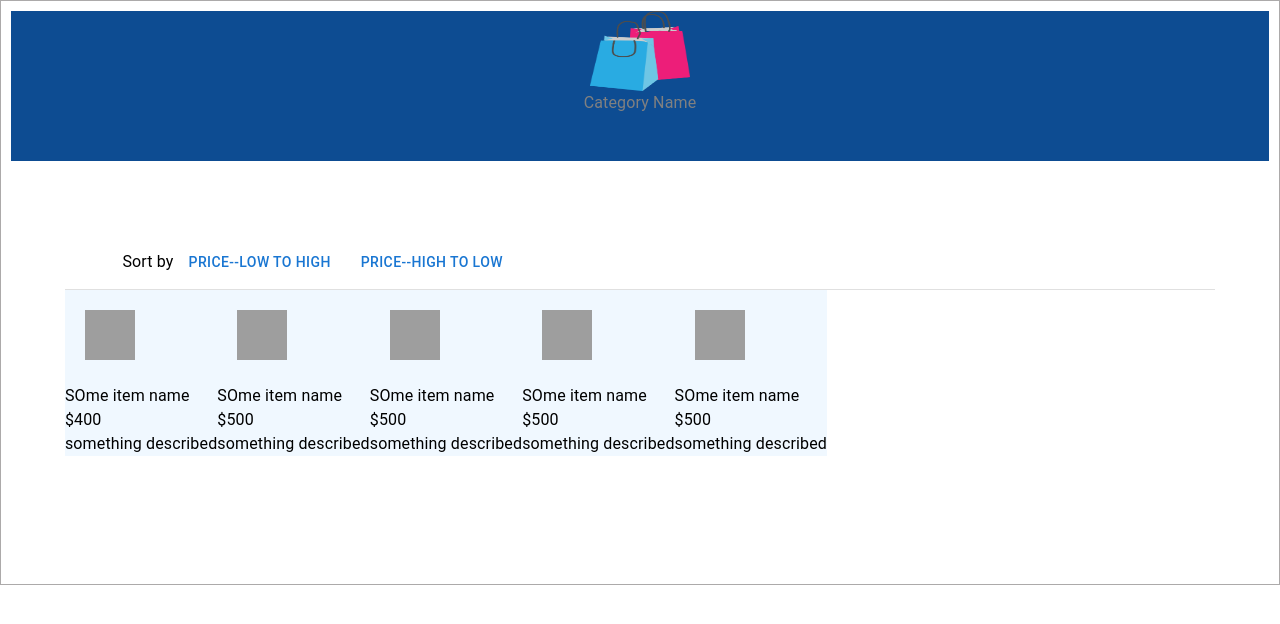
Repository: robin-fareye/reactjs-frontend-flipzone
Page: /
The author's editor kept a copy of each file at every save. The page is drawn from the files as they stood at one save, then again after the next save.
The browser window is 1280 px wide. The pictures show the whole page.
Pictures or frames that could not be fetched are drawn as grey boxes. The project was rebuilt for these pictures with package versions that can differ from the ones it lists, and the page was loaded fresh each time. Also part of the build but not shown: src/App.css, src/component/auth/Login.css, src/api/Login.js, src/component/auth/Login.js, src/component/category/Category.js, src/component/header/Header.css, src/component/header/Header.js, src/component/helper/Slide.css and 7 more.

Above is the page before, as saved 2022-11-14 20:02:50.

### src/App.js
import React from 'react';
import './App.css';
import Login from './component/auth/Login';
import Category from './component/category/Category';
import Header from './component/header/Header';
import Home from './component/home/Home';
import Cart from './component/Cart/Cart';
import ProductCatalouge from './component/ProductCatalogue/ProductCatalouge';
import ProductDetails from './component/ProductDetails/ProductDetails';
import CheckoutPage from './component/Checkout/CheckoutPage';
import RetailerAddProduct from './component/retailer/RetailerAddProduct';
function App() {
  return (
    <div>

      <ProductCatalouge/>

    </div>
  );
}

export default App;

### src/component/ProductCatalogue/ProductCatalouge.js
import { Box, Typography, Grid, Button, Divider } from '@mui/material'
import React, { useState, useEffect } from 'react'
import './ProductCatalouge.css'

const ProductCatalouge = () => {

    const [sort, setSort] = useState("asc");

    const getCardItem=(item)=>{
        return (
        <Box className='card-container'>
            <img
            //style={{height:"60px"}}
            className='item-image'
            src='https://rukminim1.flixcart.com/image/416/416/kcgk1ow0/headphone/n/u/a/235v2-fast-charging-boat-original-imaftk6us4af7bca.jpeg?q=70'
            alt='item'
            />
            <Typography>{item.name}</Typography>
            <Typography>{item.price}</Typography>
            <Typography>{item.description}</Typography>
        </Box>
        )
    }
    const catagories=["cat1","cat2","cat3","cat4"]
    const items=[
        {
            name:"SOme item name",
            price:"$400",
            description:"something described"
        },
        {
            name:"SOme item name",
            price:"$500",
            description:"something described"
        },
        {
            name:"SOme item name",
            price:"$500",
            description:"something described"
        },
        {
            name:"SOme item name",
            price:"$500",
            description:"something described"
        },
        {
            name:"SOme item name",
            price:"$500",
            description:"something described"
        },
    ]

    return (
        <Box className='catagory-container'>
            <Box className='container-header'>
                <img
                    src={require('../../assets/logo.png')}
                    alt="category"
                    className="cat-image"
                    />
                <Typography className="cat-name">Category Name</Typography>
            </Box>
            <Box className='container-body'>
                <Grid item xs={4} sm={4} md={8} lg={12} xl={15}>
                    <Box className='sort'>
                        <Typography>Sort by</Typography>
                        {/* <Button onClick={() => setSort("popular")}>Popularity</Button> */}
                        <Button onClick={() => setSort("asc")}>Price--low to high</Button>
                        <Button onClick={() => setSort("desc")}>Price--high to low</Button>
                    </Box>
                    <Divider />
                    <Box className="inner-body">
                        {
                            items.sort((a, b) => sort === "asc" ? a.price - b.price : b.price - a.price)
                            .map((items) => {
                                return (
                                    getCardItem(items)
                                )
                            })
                        }
                    </Box>
                </Grid>
            </Box>
        </Box>
    )
}

export default ProductCatalouge

 {/* {
            items?.map((item)=>{
                return getCardItem(item)
            })
        } */}

### src/component/category/Category.css
.cat-component {
    /* background-color: #CFF5E7; */
    justify-content: 'space-between';
    margin: '55px 130px 0 130px';
    overflow-x: 'overlay';
    display: flex;
    flex-direction: row;
    padding:0, 50px;
    /* [theme.breakpoints.down('md')]: {
        margin: 0;
    } */
}

.cat-container {
    flex: 1;
    padding: '12px 8px';
    text-align: 'center';
    align-items: center;
    display: flex;
    flex-direction: column;
}

.cat-image {
    width: 100px;
    height: 100px;
}

.cat-text {
    font-size: 14;
    font-weight: 600;
    font-family: 'inherit';
    text-align: center;
}

### src/component/Cart/Cart.css
body{
    padding: 10px 70px;
}
.main-container{
    display: flex;
    height: 100vh;
}
.item-list{
    width: 65%;
}
.order-details{
    width: 35%;
}
.order-list-header{
    height: 60px;
    border: 1px solid rgb(172, 171, 171);

}
.item-count{
    font-weight: 800 !important;
    font-size: 22px !important;
    margin: 12px !important;
}
.card-list-container{
    margin-top: 10px;
    display: flex;
    height: 200px;
    border: 1px solid rgb(172, 171, 171);
    /* border-top: 0px; */
}
.image-and-count{
    width: 25%;
    display: flex;
    justify-content: center;
}
.description{
    padding: 10px;
    width: 75%;
}
.action-button-container{
    display: flex;
    align-items: center;
}
.counter{
    display: flex;
    height: 30px;
    width: 90px;
    border: 1px solid rgb(161, 159, 159);
    border-radius: 5px;
}
.add-box{
    width: 30px;
    display: flex;
    justify-content: center;
    align-items: center;
}
.remove-box{
    width: 30px;
    display: flex;
    justify-content: center;
    align-items: center;
}
.count-box{
    width: 30px;
    border-right:1px solid rgb(161, 159, 159);
    border-left:1px solid rgb(161, 159, 159);
    display: flex;
    justify-content: center;
    align-items: center;
}
.summery-card{
    border: 1px solid rgb(172, 171, 171);
    margin-left: 20px;

}
.summery-header{
    border-bottom: 1px solid rgb(172, 171, 171);
    height: 60px;
    display: flex;
    padding-left: 10px;
    align-items: center;
}
.summery-content{
    padding:12px;
}
.table-structure{
    margin-bottom: 20px;
    display: flex;
    justify-content: space-between;
}

### src/component/ProductCatalogue/ProductCatalouge.css
.main-catalouge-container {
    padding: 10px;
}
/*
.card-container {
    height: 12%;
    width: 10%;
    border: 1px solid black;
}

.image-item-catalouge {
    height: 200px;
    width: 50%;
} */

.catagory-container{
    border: 1px solid rgb(172, 170, 170);
    /* height: 170px; */
    /* width: 100%; */
    padding-bottom: 5%;
}
.container-header{
    background-color: #0D4C92;
    display: flex;
    height: 150px;
    flex-direction: column;
    align-items: center;
}
.cat-image{
    height: 80px;
}
.cat-name{
    font-weight: bold;
    font-size: 30px;
    color: gray;
}
.sort{
    display: flex;
    padding-left: 5%;
    align-items: center;
}
.sort > Typography {
    font-weight: bold;
    padding: 5px;
}
.sort > Button {
    border: none;
    padding: 5px;
    margin: 10px;
    background-color: white;
}
.inner-body{
    display: flex;
}
.card-container{
    flex-direction: column;
    background-color: aliceblue;
    justify-content: center;
    align-items: center;
}
.item-image{
    padding: 20px;
    width: 50px;
    height: 50px;
}
.card-container > Typography{
    width: 20%;
}
.container-body{
    padding: 5%;

}

### src/component/Checkout/CheckoutPage.css
body {
    padding: 0px;
    margin: 0px;
}

.checkout-container {
    display: flex;

}

.address-container {
    width: 50%;
    height: 60px;
    padding: 20px;
}

.payment-details {
    padding: 20px;
    width: 50%;
}

.address-table {
    border: 1px solid rgba(139, 138, 138, 0.664);
    padding: 20px;
    display: flex;
    flex-direction: column;
}

.checkout-fields {
    margin: 10px !important;
}

.payment-table {
    border: 1px solid rgba(139, 138, 138, 0.664);
    padding: 20px;
    display: flex;
    flex-direction: column;
    justify-content: center;
}

.order-button {

    width: 30%;
    margin-top: 20px !important;
    margin-left: 11px !important;
}

### src/component/retailer/RetailerAddProduct.css
.main-container{
    display: flex;
    flex-direction: column;
    align-items: center;
    justify-content: center;
}
.container-header{
    margin-bottom: 20px !important;
    margin: 10px !important;
}
.text-field{
    margin: 10px !important;
}
.add-button{
    margin-top: 10px !important;
    background-color: #0D4C92;
    color: aliceblue;
    font-weight: 600;
    margin: 10px !important;
}

Loaded but not shown: public/index.html (common file); src/index.js (common file); src/index.css (common file); src/reportWebVitals.js (common file)

After the next save:
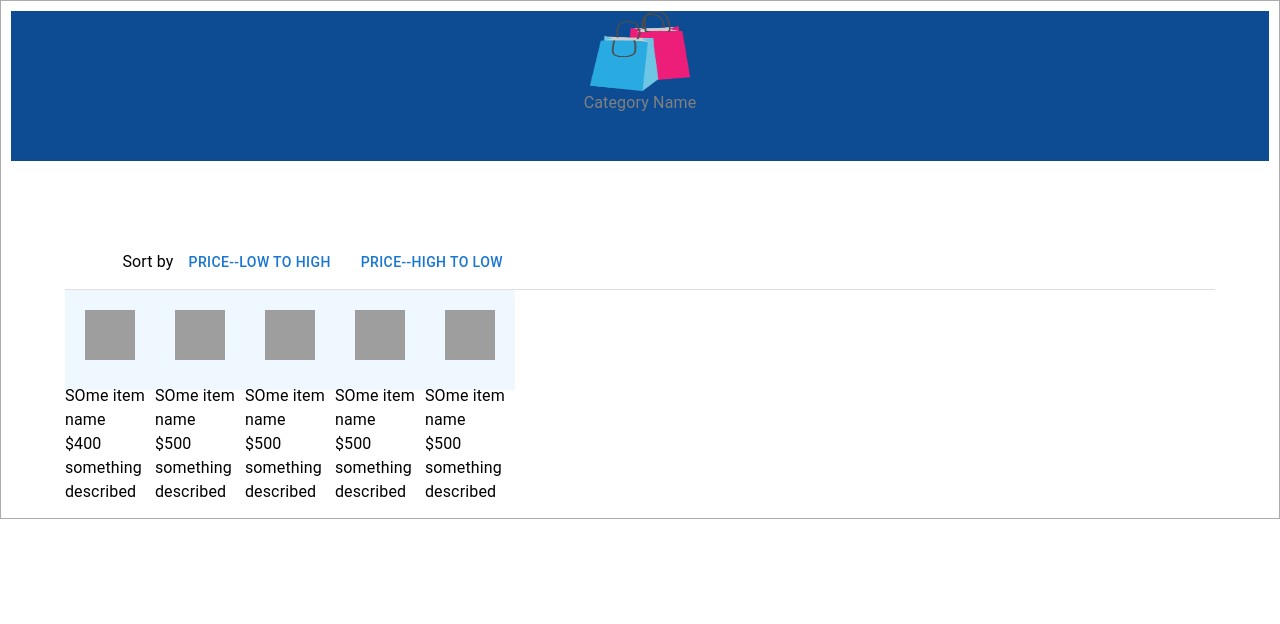
Saved 30 s later.
--- a/src/component/ProductCatalogue/ProductCatalouge.css
+++ b/src/component/ProductCatalogue/ProductCatalouge.css
@@ -51,6 +51,8 @@
 }
 .inner-body{
     display: flex;
+    height: 100px;
+    width: 100px;
 }
 .card-container{
     flex-direction: column;
